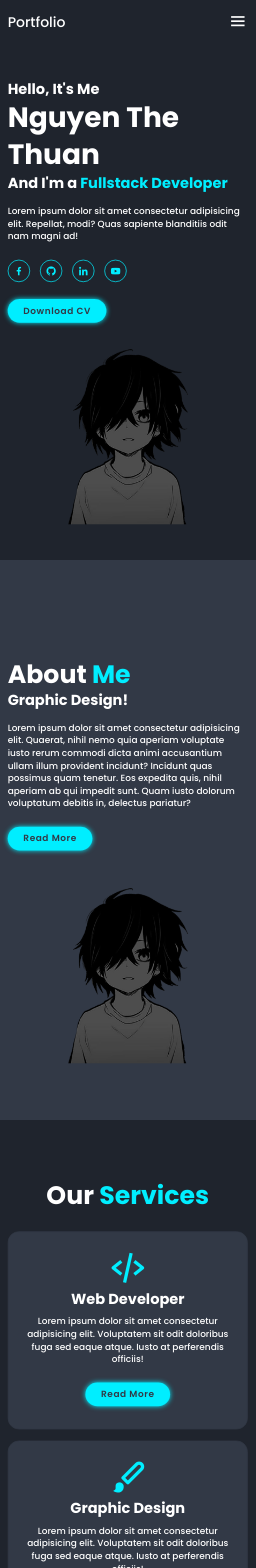
Repository: nguyenthethuan2004/portfolio
Page: index.html
These files come from the project's save history. The page is drawn as it stood at one moment and after the next save; the edit follows.
The browser window is 365 px wide. The pictures show the part of the page from y = 0 to 2240 px (the page is 5161 px tall before and 5172 px after), at 70% of full size.

Above is the page before, as saved 2023-10-03 19:30:03.
Console error: ReferenceError: navbar is not defined

### index.html
<!DOCTYPE html>
<html lang="en">
  <head>
    <meta charset="UTF-8" />
    <meta name="viewport" content="width=device-width, initial-scale=1.0" />
    <title>Nguyen The Thuan</title>

    <!-- custom css -->

    <link rel="stylesheet" href="css/style.css" />

    <!-- box icon -->

    <link
      href="https://unpkg.com/boxicons@2.1.4/css/boxicons.min.css"
      rel="stylesheet"
    />
  </head>
  <body>

    <!-- header design -->

    <header class="header">
      <a href="#" class="logo" >Portfolio</a>

      <i class='bx bx-menu' id="menu-icon" ></i>

      <nav class="navbar">
        <a href="#home" class="active">Home</a>
        <a href="#about">About</a>
        <a href="#services">Services</a>
        <a href="#portfolio">Portfolio</a>
        <a href="#contact">Contact</a>
      </nav>
    </header>

    <!-- home setion design -->

    <section class="home" id="home">
      <div class="home-content">
        <h3>Hello, It's Me</h3>
        <h1>Nguyen The Thuan</h1>
        <h3>And I'm a <span>Fullstack Developer</span></h3>
        <p>
          Lorem ipsum dolor sit amet consectetur adipisicing elit. Repellat,
          modi? Quas sapiente blanditiis odit nam magni ad!
        </p>
        <div class="social-media">
          <a href=""><i class="bx bxl-facebook"></i></a>
          <a href=""><i class="bx bxl-github"></i></a>
          <a href=""><i class="bx bxl-linkedin"></i></a>
          <a href=""><i class="bx bxl-youtube"></i></a>
        </div>

        <a href="#" class="btn">Download CV</a>
      </div>

      <div class="home-img">
        <img
          src="Image/315543773_466116068957574_5528625686489521569_n (1).png" alt="Anh"
        />
      </div>
    </section>

    <!-- about section design -->

    <section class="about" id="about">
      <div class="about-img">
        <img src="Image/315543773_466116068957574_5528625686489521569_n (1).png" alt="">
      </div>
      <div class="about-content">
        <h2 class="heading">About <span>Me</span></h2>
        <h3>Graphic Design!</h3>
        <p>Lorem ipsum dolor sit amet consectetur adipisicing elit. Quaerat, nihil nemo quia aperiam voluptate iusto rerum commodi dicta animi accusantium ullam illum provident incidunt? Incidunt quas possimus quam tenetur. Eos expedita quis, nihil aperiam ab qui impedit sunt. Quam iusto dolorum voluptatum debitis in, delectus pariatur?</p>
        <a href="#" class="btn">Read More</a>
      </div>
    </section>

    <!-- services section design -->

    <section class="services" id="services">
      <h2 class="heading">Our <span>Services</span></h2>

      <div class="services-container">
        <div class="services-box">
          <i class='bx bx-code-alt'></i>
          <h3>Web Developer</h3>
          <p>Lorem ipsum dolor sit amet consectetur adipisicing elit. Voluptatem sit odit doloribus fuga sed eaque atque. Iusto at perferendis officiis!</p>
          <a href="#" class="btn">Read More</a>
        </div>

        <div class="services-box">
          <i class='bx bxs-paint' ></i>
          <h3>Graphic Design</h3>
          <p>Lorem ipsum dolor sit amet consectetur adipisicing elit. Voluptatem sit odit doloribus fuga sed eaque atque. Iusto at perferendis officiis!</p>
          <a href="#" class="btn">Read More</a>
        </div>

        <div class="services-box">
          <i class='bx bx-line-chart' ></i>
          <h3>Digital Marketing</h3>
          <p>Lorem ipsum dolor sit amet consectetur adipisicing elit. Voluptatem sit odit doloribus fuga sed eaque atque. Iusto at perferendis officiis!</p>
          <a href="#" class="btn">Read More</a>
        </div>
      </div>
    </section>

    <!-- portfolio section design -->

    <section class="portfolio" id="portfolio">
      <h2 class="heading">Latest <span>Project</span></h2>

      <div class="portfolio-container">
        <div class="portfolio-box">
          <img src="Image/1.jpg" alt="">
          <div class="portfolio-layer">
            <h4>Web Design</h4>
            <p>Lorem, ipsum dolor sit amet consectetur adipisicing elit. Accusamus, exercitationem?</p>
            <a href="#"><i class='bx bx-link-external' ></i></a>
          </div>
        </div>

        <div class="portfolio-box">
          <img src="Image/2.jpg" alt="">
          <div class="portfolio-layer">
            <h4>Web Design</h4>
            <p>Lorem, ipsum dolor sit amet consectetur adipisicing elit. Accusamus, exercitationem?</p>
            <a href="#"><i class='bx bx-link-external' ></i></a>
          </div>
        </div>

        <div class="portfolio-box">
          <img src="Image/3.jpg" alt="">
          <div class="portfolio-layer">
            <h4>Web Design</h4>
            <p>Lorem, ipsum dolor sit amet consectetur adipisicing elit. Accusamus, exercitationem?</p>
            <a href="#"><i class='bx bx-link-external' ></i></a>
          </div>
        </div>

        <div class="portfolio-box">
          <img src="Image/4.jpg" alt="">
          <div class="portfolio-layer">
            <h4>Web Design</h4>
            <p>Lorem, ipsum dolor sit amet consectetur adipisicing elit. Accusamus, exercitationem?</p>
            <a href="#"><i class='bx bx-link-external' ></i></a>
          </div>
        </div>

        <div class="portfolio-box">
          <img src="Image/5.jpg" alt="">
          <div class="portfolio-layer">
            <h4>Web Design</h4>
            <p>Lorem, ipsum dolor sit amet consectetur adipisicing elit. Accusamus, exercitationem?</p>
            <a href="#"><i class='bx bx-link-external' ></i></a>
          </div>
        </div>

        <div class="portfolio-box">
          <img src="Image/6.jpg" alt="">
          <div class="portfolio-layer">
            <h4>Web Design</h4>
            <p>Lorem, ipsum dolor sit amet consectetur adipisicing elit. Accusamus, exercitationem?</p>
            <a href="#"><i class='bx bx-link-external' ></i></a>
          </div>
        </div>
      </div>
    </section>

    <!-- contact section design -->

    <section class="contact" id="contact">
      <h2 class="heading">Contact <span>Me!</span></h2>

      <form action="#">
        <div class="input-box">
          <input type="text" placeholder="Full Name">
          <input type="email" placeholder="Email Address">
        </div>

        <div class="input-box">
          <input type="number" placeholder="Mobile Number">
          <input type="text" placeholder="Email Subject">
        </div>
        <textarea name="" id="" cols="30" rows="10" placeholder="Your Message"></textarea>
        <input type="submit" value="Send Message" class="btn">
      </form>
    </section>

    <!-- footer design -->
    <footer class="footer">
      <div class="footer-text">
        <p>Copyright &copy; 2023 by Nguyen The Thuan | All Rights Reserved.</p>
      </div>

      <div class="footer-iconTop">
        <a href="#home"><i class='bx bx-up-arrow-alt' ></i></a>
      </div>
    </footer>


          <!-- custom js -->
    <script src="js/script.js"></script>


  </body>
</html>

### css/style.css
    @import url('https://fonts.googleapis.com/css2?family=Poppins:ital,wght@0,300;0,500;0,600;0,700;0,800;0,900;1,300;1,400;1,500;1,600;1,700;1,800;1,900&display=swap');
* {
    margin: 0;
    padding: 0;
    box-sizing: border-box;
    text-decoration: none;
    border: none;
    outline: none;
    scroll-behavior:smooth;
    font-family: 'Poppins', sans-serif;
}

:root {
    --bg-color:#1f242d;
    --second-bg-color:#323946;
    --text-color:#fff;
    --main-color:#0ef;
}

html {
    font-size: 62.5%;
    overflow-x: hidden;
}

body {
    background: var(--bg-color);
    color: var(--text-color);
}

section {
    min-height: 100vh;
    padding: 10rem 9% 2rem;
}

.header {
    position: fixed;
    top: 0;
    left: 0;
    width: 100%;
    padding: 2rem 9%;
    background: var(--bg-color);
    display: flex;
    justify-content: space-between;
    align-items: center;
    z-index: 100;
}

.header .sticky {
    border-bottom:.1rem solid rgba(0, 0, 0,.2) ;
}

.logo {
    font-size: 2.5rem;
    color: var(--text-color);
    width: 600px;
    cursor: default;
}

.navbar a {
    font-size: 1.7rem;
    color: var(--text-color);
    margin-left: 4rem;
    transition: .3s;
}

.navbar a:hover,
.navbar a.active {
    color: var(--main-color);
}

#menu-icon {
    font-size: 3.6rem;
    color: var(--text-color);
    display: none;
}

.home {
    display: flex;
    justify-content: center;
    align-items: center;
}

.home-image {
    width: 32vw;
}

.home-content h3 {
    font-size: 3.2rem;
    font-weight: 700;
}


.home-content h3:nth-of-type(2) {
    margin-bottom: 2rem;
}

span {
    color: var(--main-color);
}

.home-content h1 {
    font-size: 5.6rem;
    font-weight: 700;
    line-height: 1.3;
}

.home-content p {
    font-size: 1.6rem;
}

.social-media a {
    display: inline-flex;
    justify-content: center;
    align-items: center;
    width: 4rem;
    height: 4rem;
    background: transparent;
    border: .2rem solid var(--main-color);
    border-radius: 50%;
    font-size: 2rem;
    color: var(--main-color);
    margin: 3rem 1.5rem 3rem 0;
    transition: .3s ease;
}
.social-media a:hover {
    background: var(--main-color);
    color: var(--second-bg-color);
    box-shadow: 0 0 1rem var(--main-color);
}

.btn {
    display: inline-block;
    padding: 1rem 2.8rem;
    background: var(--main-color);
    border-radius: 4rem;
    box-shadow: 0 0 1rem var(--main-color);
    font-size: 1.6rem;
    color: var(--second-bg-color);
    letter-spacing: .1rem;
    font-weight: 600;
    transition: .5s ease-in-out;
}

.btn:hover {
    box-shadow: none;

}

.about {
    display: flex;
    justify-content: center;
    align-items: center;
    gap: 2rem;
    background: var(--second-bg-color);
}

.about-img img {
    width: 35vw;
}

.heading {
    text-align: center;
    font-size: 4.5rem;
}

.about-content h2 {
    text-align: left;
    line-height: 1.2;
}

.about-content h3 {
    font-size:2.6rem;
}

.about-content p {
    font-size: 1.6rem;
    margin: 2rem 0 3rem 0;
}

.services h2 {
    margin-bottom: 5rem;
}

.services-container {
    display:flex;
    justify-content: center;
    align-items: center;
    flex-wrap: wrap;
    gap:2rem;
}

.services-container .services-box {
    flex: 1 1 30rem;
    background: var(--second-bg-color);
    padding: 3rem 2rem 4rem;
    border-radius: 2rem;
    text-align: center;
    border: .2rem solid var(--second-bg-color);
    transition: .5s ease;
}

.services-container .services-box:hover {
    border-color: var(--main-color);
    transform: scale(1.02);
}

.services-box i {
    font-size: 7rem;
    color: var(--main-color);
}

.services-box h3 {
    font-size: 2.6rem;
}

.services-box p {
    font-size: 1.6rem;
    margin: 1rem 0 3rem;
}

.portfolio {
    background:var(--second-bg-color) ;
}

.portfolio h2 {
    margin-bottom: 4rem;
}

.portfolio-container {
    display: grid;
    grid-template-columns: repeat(3, 1fr);
    align-items: center;
    gap: 2.5rem ;
}

.portfolio-container .portfolio-box {
    position: relative;
    border-radius: 2rem ;
    box-shadow: 0 0 1rem var(--bg-color);
    overflow: hidden;
    display: flex;
}

.portfolio-box img {
    width: 100%;
    transition: .5s ease;
}

.portfolio-box:hover img {
    transform: scale(1.1);
}

.portfolio-box .portfolio-layer {
    position: absolute;
    bottom: 0;
    left: 0;
    width: 100%;
    height: 100%;
    background: linear-gradient( rgba(0, 0, 0,.1), var(--main-color));
    display: flex;
    justify-content: center;
    align-items: center;
    flex-direction: column;
    text-align: center;
    padding: 0 4rem;
    transform: translateY(100%);
    transition: .5s ease;

}

.portfolio-box:hover .portfolio-layer {
    transform: translateY(0);

}

.portfolio-box .portfolio-layer h4 {
    font-size: 4rem;
}

.portfolio-layer p {
    font-size: 1.6rem;
    margin: .3rem 0 1rem 0;
}

.portfolio-layer a {
    display: inline-flex;
    justify-content: center;
    align-items: center;
    width: 3.7rem;
    height: 3.7rem;
    background:var(--text-color);
    border-radius: 50%;
}

.portfolio-layer a i {
    font-size: 2rem;
    color: var(--second-bg-color);
}

.contact h2 {
    margin-bottom: 3rem;
}

.contact form {
    max-width: 70rem;
    margin: 1rem auto;
    text-align: center;
    margin-bottom: 3rem;
}

.contact form .input-box {
    display: flex;
    justify-content: space-between;
    flex-wrap: wrap;
}

.contact form .input-box input,
.contact form textarea {
    width: 100%;
    padding: 1.5rem;
    font-size:1.6rem;
    color: var(--text-color);
    background: var(--second-bg-color);
    border-radius: .8rem;
    margin: .7rem 0;
}

.contact form .input-box input {
    width: 49%;
}

.contact form textarea {
    resize: none;
}

.contact form .btn {
     margin-top: 2rem;
     cursor: pointer;
}

.footer {
    display: flex;
    justify-content: space-between  ;
    align-items: center;
    flex-wrap: wrap;
    padding: 2rem 9%;
    background: var(--second-bg-color);
}

.footer-text {
    font-size: 1.5rem;
}

.footer-iconTop a {
    display: inline-flex;
    justify-content: center;
    align-items: center;
    padding: .8rem;
    background: var(--main-color);
    border-radius: .8rem;
    transition: .5s ease;
}

.footer-iconTop a:hover {
    box-shadow: 0 0 1rem var(--main-color);
}

.footer-iconTop a i {
    font-size: 2rem;
    color: var(--second-bg-color);
}

/* ---------------------------------BREAKPOINTS------------------------- */

@media (max-width:1200px) {
    html {
        font-size: 55%;
    }
}

@media (max-width:991px) {
    .header {
        padding: 2rem 3%;
    }

    section {
        padding: 10rem 3% 2rem;
    }

    .services {
        padding-bottom: 7rem;
    }

    .portfolio {
        padding-bottom: 7rem;
    }

    .contact {
        min-height: auto;
    }

    .footer {
        padding: 2rem 3%;
    }
}

@media (max-width:768px) {
    #menu-icon{
        display: block;
    }

    .navbar {
        position:  absolute;
        top: 100%;
        left: 0;
        width: 100%;
        padding: 1rem 3%;
        background: var(--bg-color);
        border-top: .1rem solid rgba(0, 0, 0,.2);
        box-shadow: 0 0.5rem 1rem rgba(0, 0, 0,.2);
        display: none;
    }

    .navbar .active {
        display: block;
    }

    .navbar a {
        display:block;
        font-size: 2rem;
        margin: 3rem 0;

    }

    .home {
        flex-direction: column;
    }

    .home-content h3 {
        font-size: 2.6rem;
    }

    .home-content h1 {
        font-size: 5rem;
    }

    .home-img img {
        width: 70vw;
        margin-top: 4rem;
    }

    .about {
        flex-direction: column-reverse;
    }

    .about img {
        width: 70vw;
        margin-top: 4rem;
    }

    .services h2 {
        margin-bottom: 3rem;
    }

    .portfolio h2 {
        margin-bottom: 3rem;
    }

    .portfolio-container {
        grid-template-columns: repeat(2, 1fr);
    }
}

@media (max-width:617px) {
    .portfolio-container {
        grid-template-columns: 1fr;
    }
}

@media (max-width:450px) {
    html {
        font-size: 50%;
    }

    .contact form .input-box input {
        width: 100%;
    }
}

@media (max-width:365px) {
    .home-img img {

    }
}

### js/script.js
/*========================= toggle icon navbar ========================*/

let menuIcon = document.querySelector('#menu-icon');
let navbarIcon = document.querySelector('.navbar');

menuIcon.onclick = () => {
    menuIcon.classList.toggle('bx-x');
    navbar.classList.toggle('active');
};

/*========================= scroll sections avtive link ========================*/

 let sections = document.querySelectorAll('section');
 let navLinks = document.querySelectorAll('header nav a');

 window.onscroll = () => {
    sections.forEach(sec => {
        let top = window.scrollY;
        let offset = sec.offsetTop - 150;
        let height = sec.offsetHeight;
        let id =  sec.getAttribute('id');

        if (top >= offset && top < offset + height) {
            navLinks.forEach(links => {
                links.classList.remove('active');
                document.querySelector('header nav a[href*=' + id + ']').classList.add('active');

            });
        };
    });
    /*========================= sticky navbar =========================*/

    let header = document.querySelector('header');

    header.classList.toggle('sticky', window.scrollY > 100);

    /*========================= remove toggle icon and navbar when click navbar links ========================*/
    menuIcon.classList.remove('bx-x');
    navbar.classList.remove('active');
};

After the next save:
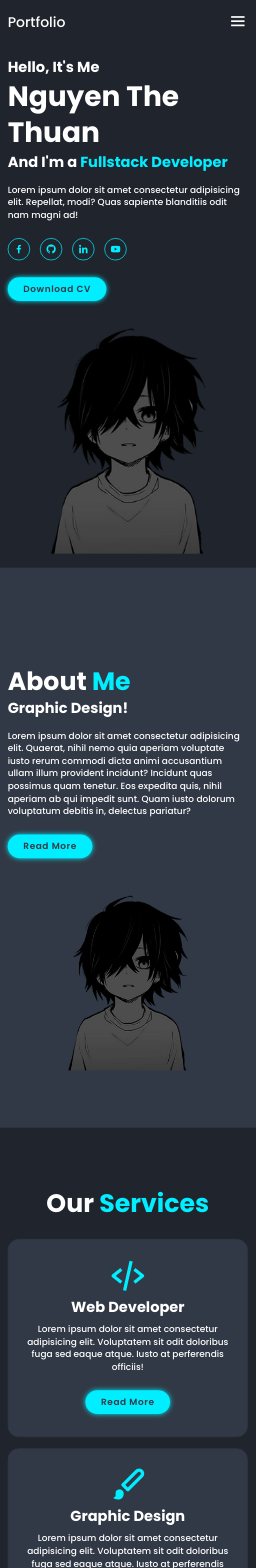
Saved 12 s later.
--- a/css/style.css
+++ b/css/style.css
@@ -489,6 +489,6 @@ span {
 
 @media (max-width:365px) {
     .home-img img {
-
-    }
-}
+        width: 90vw;
+    }
+}
